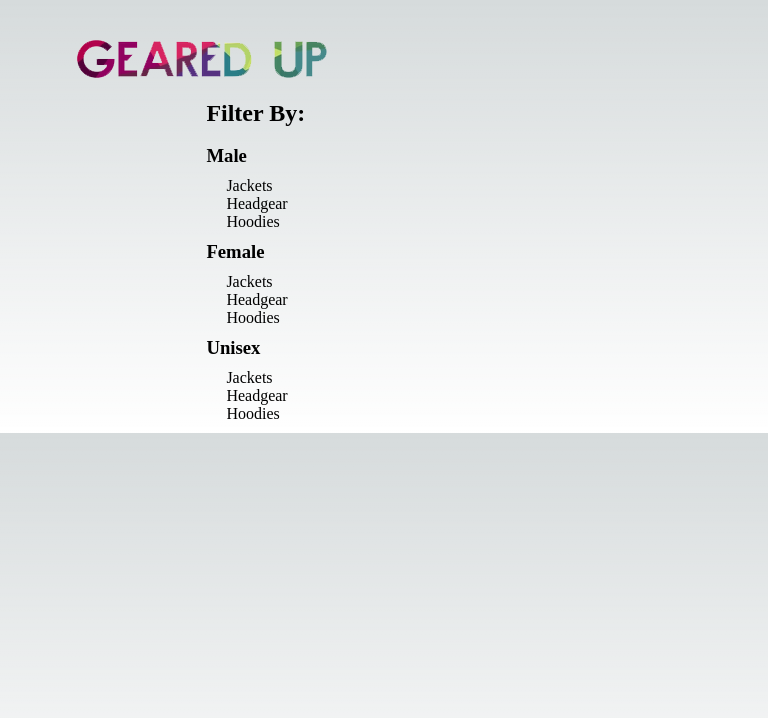
Repository: anoncoderin/madhu-dcd-gearup-assignment2
Page: /
These files come from the project's save history. The page is drawn as it stood at one moment and after the next save; the edit follows.
The browser window is 768 px wide. The pictures show the whole page.
The project was rebuilt for these pictures with package versions that can differ from the ones it lists, and the page was loaded fresh each time. The framework's server and built-in components were replaced by stand-ins that run in the browser. Also part of the build but not shown: next.config.js.

Above is the page before, as saved 2023-03-05 18:45:23.

### pages/index.js
import Head from 'next/head'
import Image from 'next/image'
import styles from '@/styles/Home.module.css'
import { useState } from 'react'
import data from '@/components/Inventory/inventory'




export default function Home() {

  const [cloth, setCloth] = useState(data.clothing);
  const [selection, setSelection] = useState([]);

  return (
    <>
      <Head>
        <title>Geared Up Online Store BCITSA</title>
        <meta name="description" content="Generated by create next app" />
        <meta name="viewport" content="width=device-width, initial-scale=1" />
        <link rel="icon" href="/favicon/favicon.ico" />
      </Head>
      <main>
        <div className={styles.logo}><img src={'logo/logo/logo.png'} /></div>
        <div className={styles.container}>
          <div className={styles.filters}>
            <br></br>
            <h2>Filter By:</h2>
            <br></br>
            <h3 onClick={() => setSelection(['Male', ''])}>Male</h3>
            <div className={styles.list}>
              <li onClick={() => setSelection(['Male', 'Jackets'])}>Jackets</li>
              <li onClick={() => setSelection(['Male', 'Headgear'])}>Headgear</li>
              <li onClick={() => setSelection(['Male', 'Hoodies'])}>Hoodies</li>
            </div>
            <h3 onClick={() => setSelection(['Female', ''])}>Female</h3>
            <div className={styles.list}>
              <li onClick={() => setSelection(['Female', 'Jackets'])}>Jackets</li>
              <li onClick={() => setSelection(['Female', 'Headgear'])}>Headgear</li>
              <li onClick={() => setSelection(['Female', 'Hoodies'])}>Hoodies</li>
            </div>
            <h3 onClick={() => setSelection(['Unisex', ''])}>Unisex</h3>
            <div className={styles.list}>
              <li onClick={() => setSelection(['Unisex', 'Jackets'])}>Jackets</li>
              <li onClick={() => setSelection(['Unisex', 'Headgear'])}>Headgear</li>
              <li onClick={() => setSelection(['Unisex', 'Hoodies'])}>Hoodies</li>
            </div>
          </div>
          <div className={styles.itemlist}>

            {
              cloth && cloth.map((c, index) => {

                if (selection[0] == c.sex && ((selection[1] == c.category) || (selection[1] == '')))
                 {
                  return (
                    <div key={index}>
                      <Image src={c.image} width={200} height={200} />
                      <p>{c.title}</p>
                      <p>{c.cost}</p>

                      <div className={styles.colorlist}>
                        {
                          c.colours && c.colours.map((col, index) => {
                            return (
                              <div className={styles.dot} style={{ backgroundColor: col }} />
                            )

                          })
                        }
                      </div>

                    </div>)

                }


              })
            }

          </div>
        </div>

      </main>
    </>
  )
}

### styles/globals.css
:root {
  --max-width: 1100px;
  --border-radius: 12px;
  --font-mono: ui-monospace, Menlo, Monaco, 'Cascadia Mono', 'Segoe UI Mono',
    'Roboto Mono', 'Oxygen Mono', 'Ubuntu Monospace', 'Source Code Pro',
    'Fira Mono', 'Droid Sans Mono', 'Courier New', monospace;

  --foreground-rgb: 0, 0, 0;
  --background-start-rgb: 214, 219, 220;
  --background-end-rgb: 255, 255, 255;

  --primary-glow: conic-gradient(
    from 180deg at 50% 50%,
    #16abff33 0deg,
    #0885ff33 55deg,
    #54d6ff33 120deg,
    #0071ff33 160deg,
    transparent 360deg
  );
  --secondary-glow: radial-gradient(
    rgba(255, 255, 255, 1),
    rgba(255, 255, 255, 0)
  );

  --tile-start-rgb: 239, 245, 249;
  --tile-end-rgb: 228, 232, 233;
  --tile-border: conic-gradient(
    #00000080,
    #00000040,
    #00000030,
    #00000020,
    #00000010,
    #00000010,
    #00000080
  );

  --callout-rgb: 238, 240, 241;
  --callout-border-rgb: 172, 175, 176;
  --card-rgb: 180, 185, 188;
  --card-border-rgb: 131, 134, 135;
}

button{
  width: 50px;

}
.li:hover{
background-color: rgb(203, 199, 199);
}

@media (prefers-color-scheme: dark) {
  :root {
    --foreground-rgb: 255, 255, 255;
    --background-start-rgb: 0, 0, 0;
    --background-end-rgb: 0, 0, 0;

    --primary-glow: radial-gradient(rgba(1, 65, 255, 0.4), rgba(1, 65, 255, 0));
    --secondary-glow: linear-gradient(
      to bottom right,
      rgba(1, 65, 255, 0),
      rgba(1, 65, 255, 0),
      rgba(1, 65, 255, 0.3)
    );

    --tile-start-rgb: 2, 13, 46;
    --tile-end-rgb: 2, 5, 19;
    --tile-border: conic-gradient(
      #ffffff80,
      #ffffff40,
      #ffffff30,
      #ffffff20,
      #ffffff10,
      #ffffff10,
      #ffffff80
    );

    --callout-rgb: 20, 20, 20;
    --callout-border-rgb: 108, 108, 108;
    --card-rgb: 100, 100, 100;
    --card-border-rgb: 200, 200, 200;
  }
}

* {
  box-sizing: border-box;
  padding: 0;
  margin: 0;
}

html,
body {
  max-width: 100vw;
  overflow-x: hidden;
}

body {
  color: rgb(var(--foreground-rgb));
  background: linear-gradient(
      to bottom,
      transparent,
      rgb(var(--background-end-rgb))
    )
    rgb(var(--background-start-rgb));
}

a {
  color: inherit;
  text-decoration: none;
}

@media (prefers-color-scheme: dark) {
  html {
    color-scheme: dark;
  }
}

### styles/Home.module.css
.filters{
  display: flex;
  flex-direction: column;
  align-items: left;
  margin-left: 20px;

}

.dot {
  height: 25px;
  width: 25px;

  border-radius: 50%;

}
.container{
  display: flex;
  flex-direction: row;
  justify-content: space-evenly;
}

.colorlist{
  display: flex;
  flex-direction: row;
  gap: 2px;
}
.itemlist{
  display: flex;
  flex-direction: row;
}
.list{
  margin-left: 10px;
  list-style: none;
 padding : 10px;
}
.logo{
  margin-left: 10vw;
  margin-top: 5vh;
}

/* Mobile */
@media screen and (max-width: 600px) {

  .itemlist{
    display: flex;
    flex-direction: column;


}
.container{
  display: flex;
  flex-direction: column;
  align-items: center;
}

}

/*Tablet*/
@media screen and (min-width:600px) and (max-width:1000px){
  .container{
    display: flex;
    flex-direction: row;
    gap: 90px;
  }
  .itemlist{
    display: flex;
    flex-direction: row;
    flex-wrap: wrap;

  }
}

### components/Inventory/inventory.js



const inventory ={company:"BCITSA Geared Up",
clothing:[
    {
        category:"Hoodies",
        sex:"Female",
        title:"Russell Athletic Hood",
        colours:["black", "charcoal", "green", "grey", "maroon", "navy"],
        hex:["#000", "#3E464B", "#24564A", "#B4B8B9", "#5F3A42", "#313F4F"],
        image:"/products/products/hoodies/russell_athletic_hood_black.png",
        cost:69.99
    },
    {
        category:"Hoodies",
        sex:"Male",
        title:"Aerospace",
        colours:["black", "navy"],
        hex:["#000", "#313F4F"],
        image:"/products/products/hoodies/hood_aerospace_black.png",
        cost:59.99
    },
    {
        category:"Hoodies",
        sex:"Female",
        title:"Classic Avalon Fleece Hoodie",
        colours:["black", "navy"],
        hex:["#000", "#313F4F"],
        image:"/products/products/hoodies/classic_avalon_fleece_hoodie_black.png",
        cost:57.99
    },
    {
        category:"Hoodies",
        sex:"Unisex",
        title:"Champion Full-Zup Hoodie",
        colours:["black", "grey","maroon","navy","green"],
        hex:["#000","#B4B8B9", "#5F3A42", "#313F4F"],
        image:"/products/products/hoodies/champion_full_zip_hoodie_black.png",
        cost:79.99
    },
    {
        category:"Hoodies",
        sex:"Male",
        title:"Forestry",
        colours:["green"],
        hex:["#24564A"],
        image:"/products/products/hoodies/hoodie_forestry_green.png",
        cost:59.99
    },
    {
        category:"Jackets",
        sex:"Male",
        title:"Waterproof Jacket",
        colours:["black", "graphite", "navy"],
        hex:["#000", "#69686D", "#313F4F"],
        image:"/products/products/jackets/waterproof_jacket_black.png",
        cost:79.99
    },
    {
        category:"Jackets",
        sex:"Female",
        title:"Soft Shell Hooded Jacket",
        colours:["black", "navy"],
        hex:["#000", "#313F4F"],
        image:"/products/products/jackets/soft_shell_hooded_jacket_black.png",
        cost:82.99
    },
    {
        category:"Headgear",
        sex:"Unisex",
        title:"Legacy Adjustable Hat",
        colours:["stone", "burgundy", "slate blue", "grey", "navy"],
        hex:["#25242D", "#DBDCD7", "#7F2430", "#595B76", "#685E66"],
        image:"/products/products/headgear/legacy_adjustable_hat_navy.png",
        cost:29.99
    },
    {
        category:"Headgear",
        sex:"Unisex",
        title:"Legacy Hat Trucker",
        colours:["cardinal", "orange", "green", "gold"],
        hex:["#5C5A4D", "#CA5927", "#43483B", "#F9BE14"],
        image:"/products/products/headgear/legacy_adjustable_hat_navy.png",
        cost:36.99
    },
    {
        category:"Headgear",
        sex:"Unisex",
        title:"Legacy Toque",
        colours:["black"],
        hex: ["#000"],
        image:"/products/products/headgear/legacy_toque_black.png",
        cost:3.499
    }
]


}
export default inventory;

Loaded but not shown: pages/_app.js (common file); pages/_document.js (common file)

After the next save:
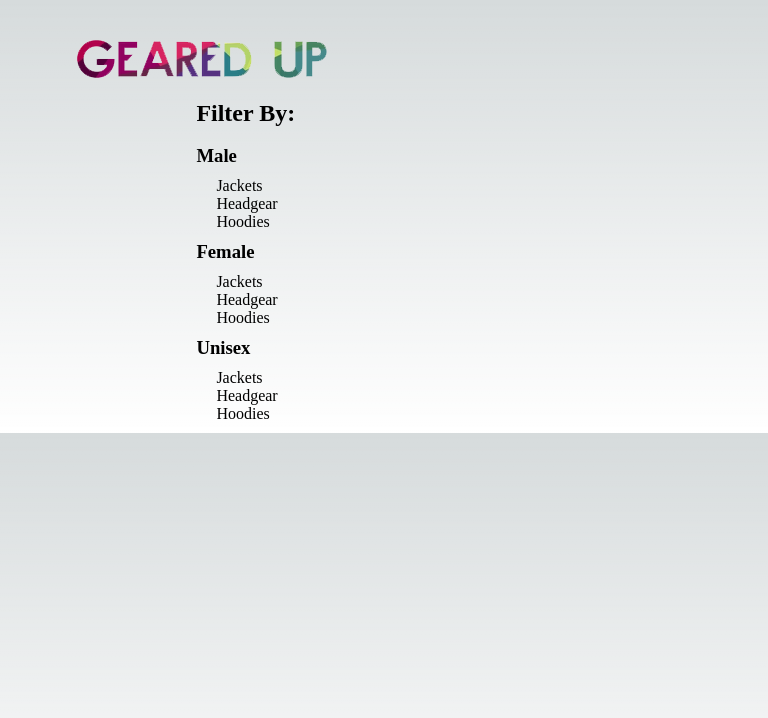
Saved 19 s later.
--- a/styles/Home.module.css
+++ b/styles/Home.module.css
@@ -60,7 +60,7 @@
   .container{
     display: flex;
     flex-direction: row;
-    gap: 90px;
+    gap: 120px;
   }
   .itemlist{
     display: flex;
